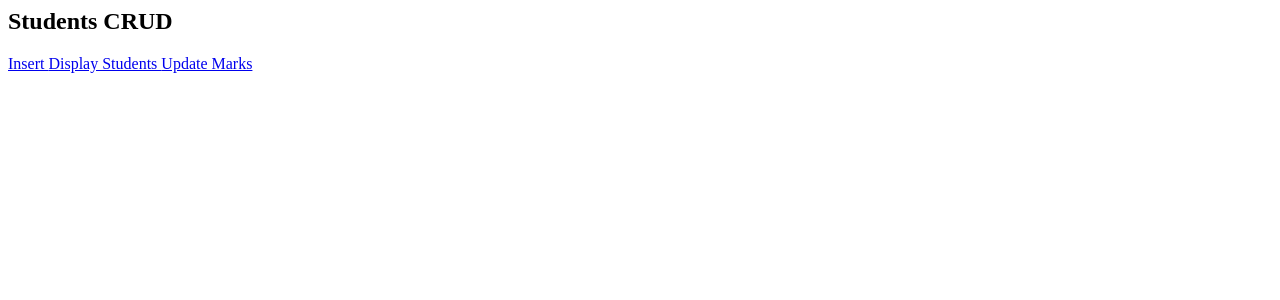
Repository: GOUTHAMREDDY1198/DBS_SPRING
Page: http://localhost/MvcAss5/
The author's editor kept a copy of each file at every save. The page is drawn from the files as they stood at one save, then again after the next save.
The browser window is 1280 px wide. The pictures show the whole page.
The page is served by Tomcat 9.

Above is the page before, as saved 2020-11-12 11:41:00.

After the next save:
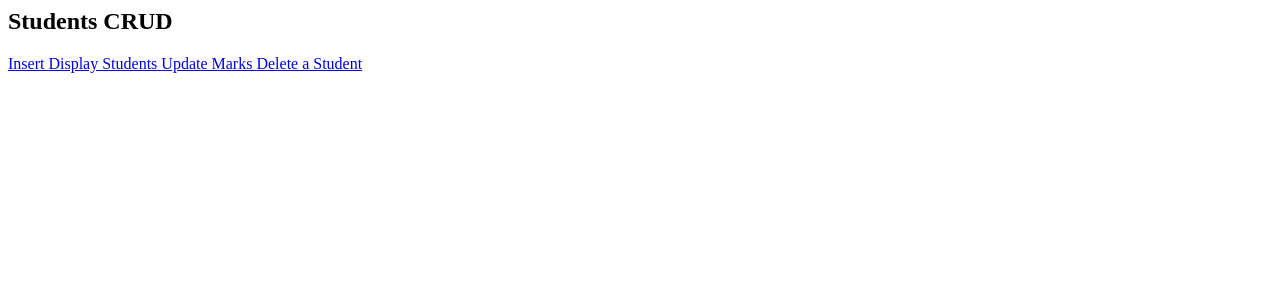
Saved 18 s later.
--- a/MvcAss5/WebContent/index.jsp
+++ b/MvcAss5/WebContent/index.jsp
@@ -6,3 +6,6 @@
 <a href="display"> Display Students </a>
 
 <a href="update" >Update Marks </a>
+
+
+<a href="delete" >Delete a Student  </a>
